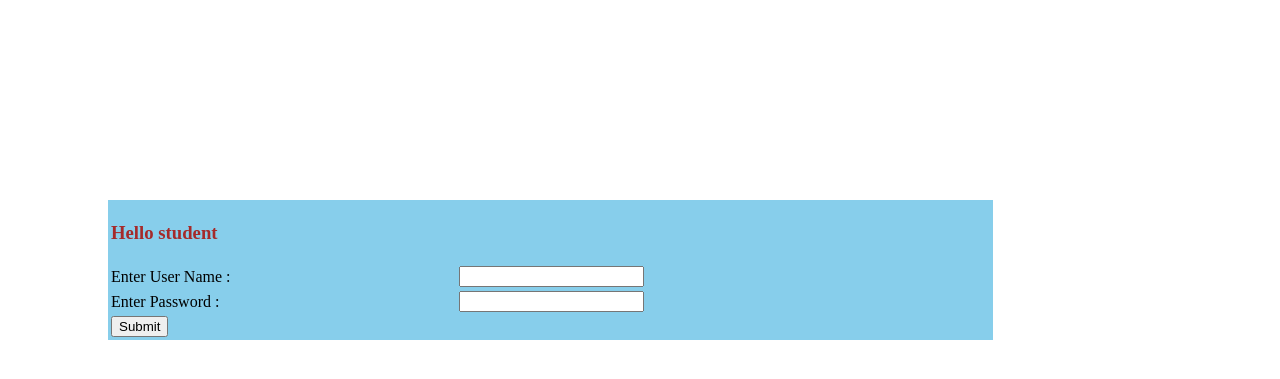
Repository: shulamitProjects/Java
Page: http://localhost/ProjectLibary/LoginWorker.jsp
An editor plug-in stored every save of this project. The page is shown before and after the next save, followed by the edit.
The browser window is 1280 px wide. The pictures show the whole page.
The page is served by Tomcat 10.

Above is the page before, as saved 2024-01-22 15:20:48.

After the next save:
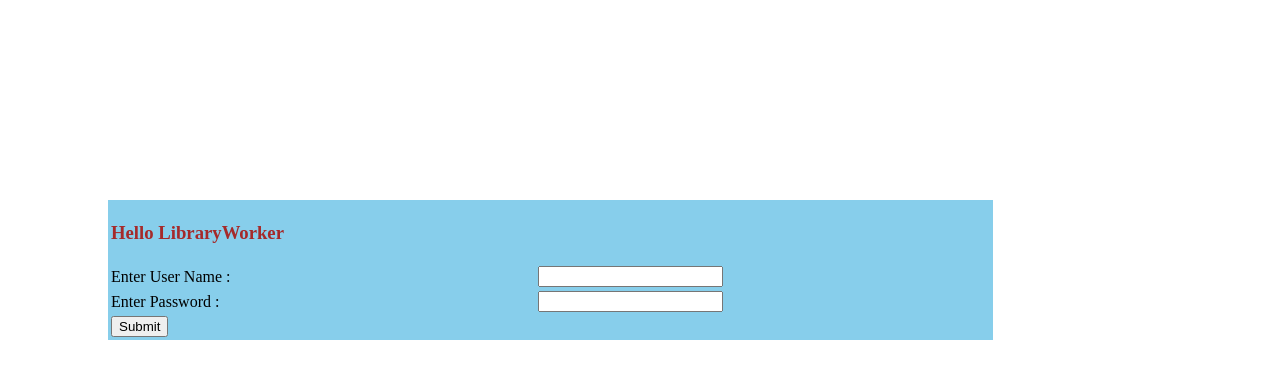
Saved 2 min 38 s later.
--- a/project/project_25-01/ProjectLibary/src/main/webapp/LoginWorker.jsp
+++ b/project/project_25-01/ProjectLibary/src/main/webapp/LoginWorker.jsp
@@ -14,7 +14,7 @@
 
 			<tr>
 				<td>
-					<h3 style="color: brown">Hello student</h3>
+					<h3 style="color: brown">Hello LibraryWorker</h3>
 				</td>
 			</tr>
 			<tr>
